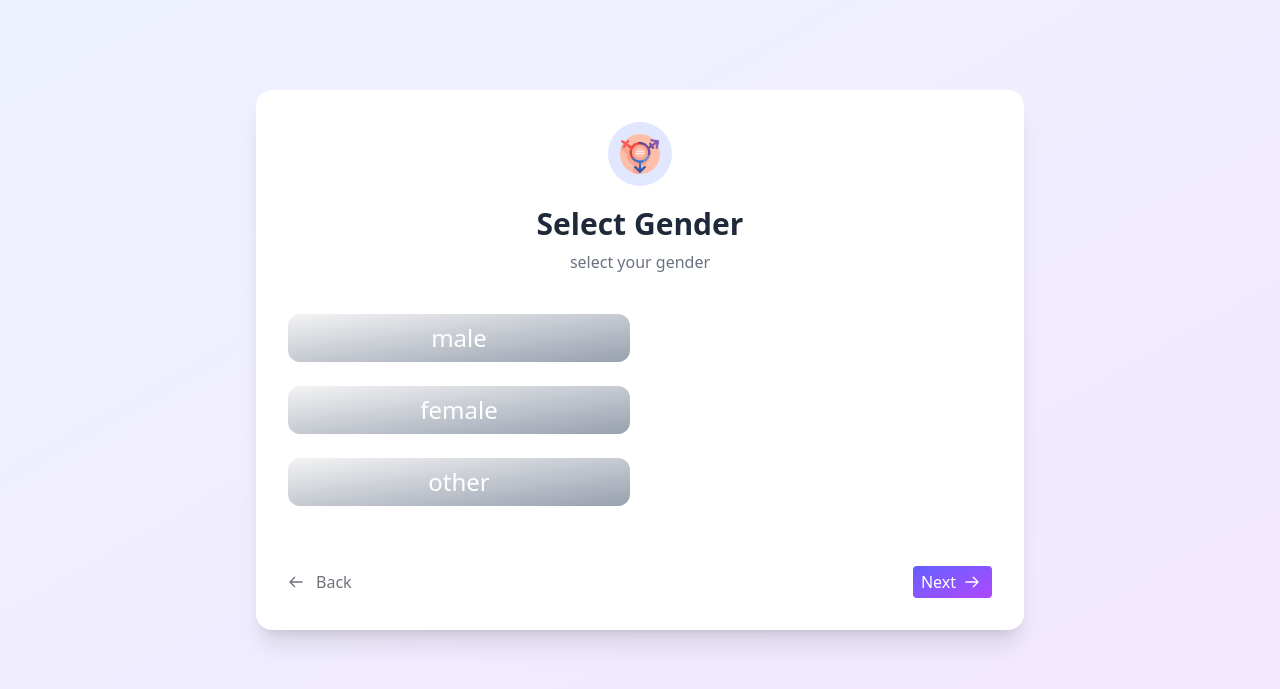
Repository: aryan151pratap/FitPanda
Page: / (app in frontened/), after clicking the first element matching `button.px-2`
These files come from the project's save history. The page is drawn as it stood at one moment and after the next save; the edit follows.
The browser window is 1280 px wide. The pictures show the whole page.
The project was rebuilt for these pictures with package versions that can differ from the ones it lists, and the page was loaded fresh each time. Also part of the build but not shown: frontened/vite.config.js, frontened/src/App.css, frontened/src/components/page_1.jsx, frontened/src/login/login.jsx, frontened/src/login/sign_up.jsx, frontened/src/login/otp.jsx, frontened/src/notification/notify.jsx.

Above is the page before, as saved 2025-06-04 23:59:24.

After the next save:
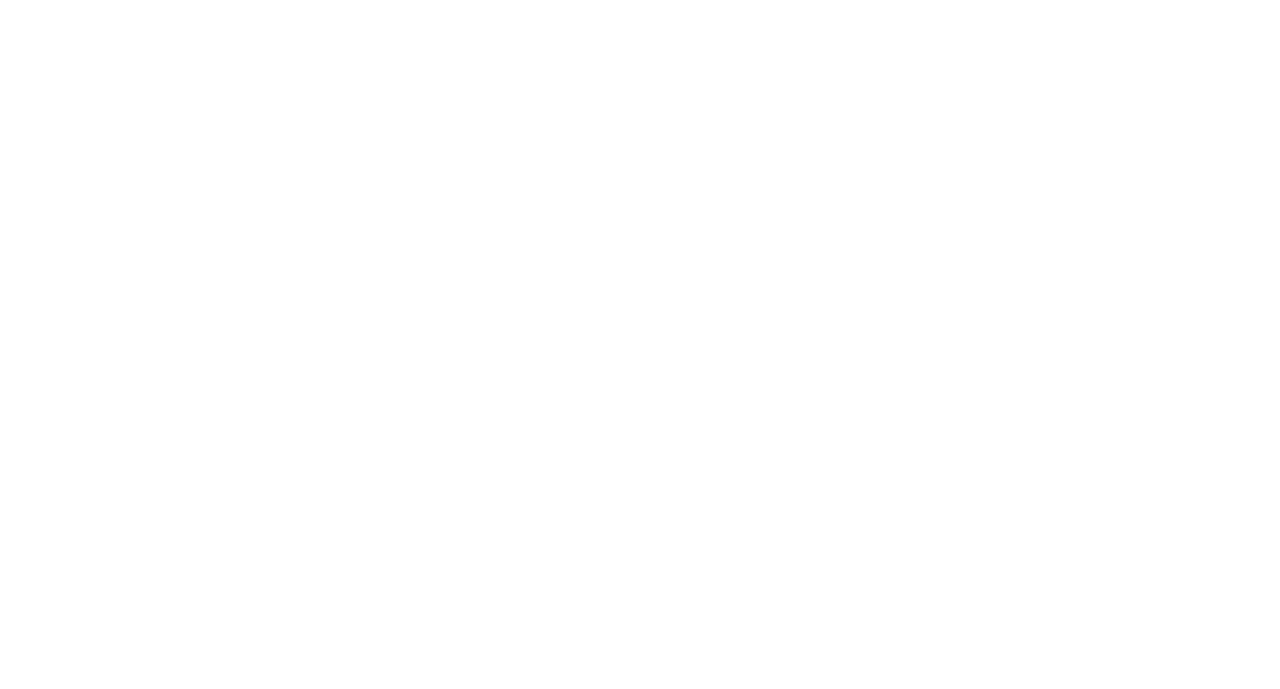
Console error: ReferenceError: handle_save_gender is not defined
Saved 5 min 36 s later.
--- a/frontened/src/about_user/gender.jsx
+++ b/frontened/src/about_user/gender.jsx
@@ -49,7 +49,7 @@
 						<div className="w-fill flex flex-col gap-6 mt-5">
 						{gen.map((i, index) => (
 							<div key={index}>
-								<button className={`w-full p-2 text-white text-2xl rounded-xl bg-gradient-to-br ${gender === i.name ? 'from-indigo-500 to-purple-500' : 'from-zinc-100 to-gray-400'} cursor-pointer transition hover:px-4`}
+								<button className={`w-full p-2 text-white text-2xl rounded-xl bg-gradient-to-br ${gender === i.name ? 'from-indigo-500 to-purple-500 animate-ping' : 'from-zinc-100 to-gray-400'} cursor-pointer transition hover:px-4`}
 								onClick={() => {
 									setGender(i.name);
 									setImage(i.image)
@@ -68,7 +68,9 @@
 					</div>
 
 					<div className="mt-10 flex justify-between">
-						<button className="text-zinc-500 flex items-center gap-2 hover:text-zinc-700 cursor-pointer">
+						<button className="text-zinc-500 flex items-center gap-2 hover:text-zinc-700 cursor-pointer"
+						onClick={handle_save_gender}
+						>
 							<svg xmlns="http://www.w3.org/2000/svg" className="h-4 w-4 mr-1" fill="none" viewBox="0 0 24 24" stroke="currentColor">
 							<path strokeLinecap="round" strokeLinejoin="round" strokeWidth={2} d="M10 19l-7-7m0 0l7-7m-7 7h18" />
 							</svg>

After the 2 saves that followed:
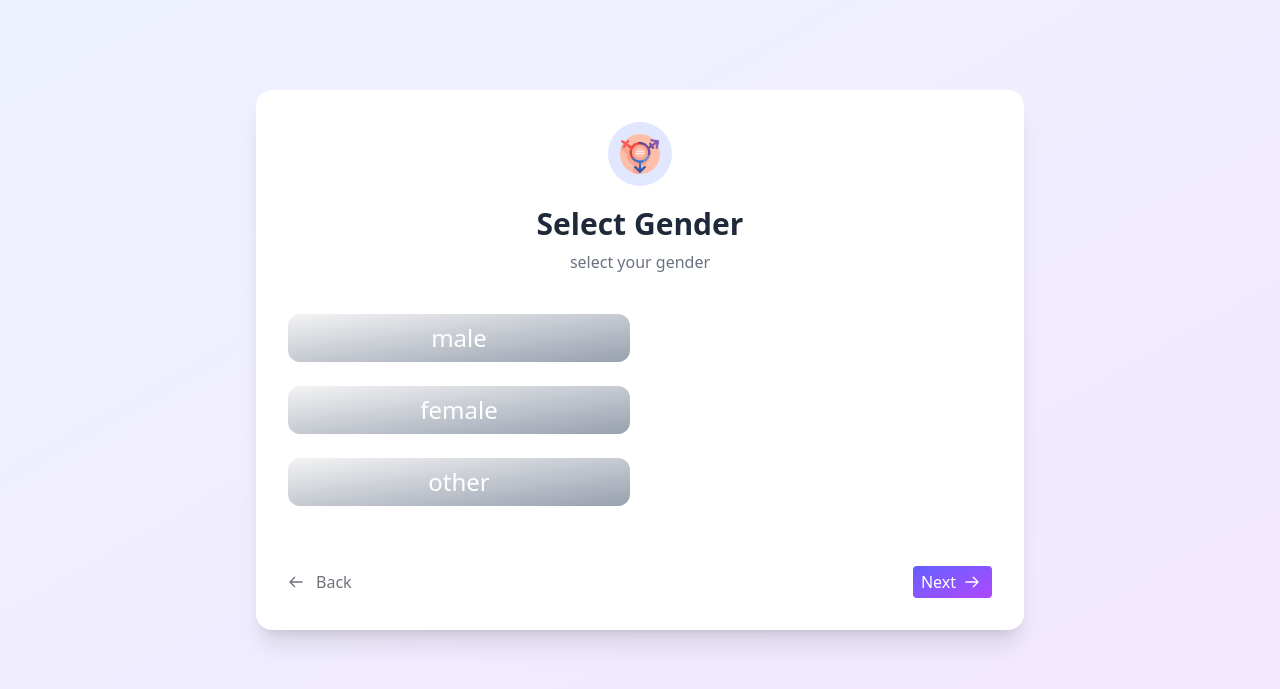
The error is gone.
The 2 saves are shown as one change because 1 left the picture as it was.
The last was saved 103 s later.
--- a/frontened/src/about_user/gender.jsx
+++ b/frontened/src/about_user/gender.jsx
@@ -49,7 +49,7 @@
 						<div className="w-fill flex flex-col gap-6 mt-5">
 						{gen.map((i, index) => (
 							<div key={index}>
-								<button className={`w-full p-2 text-white text-2xl rounded-xl bg-gradient-to-br ${gender === i.name ? 'from-indigo-500 to-purple-500 animate-ping' : 'from-zinc-100 to-gray-400'} cursor-pointer transition hover:px-4`}
+								<button className={`w-full p-2 text-white text-2xl rounded-xl bg-gradient-to-br ${gender === i.name ? 'from-indigo-500 to-purple-500 animate-bounce' : 'from-zinc-100 to-gray-400'} cursor-pointer transition hover:px-4`}
 								onClick={() => {
 									setGender(i.name);
 									setImage(i.image)
@@ -69,7 +69,7 @@
 
 					<div className="mt-10 flex justify-between">
 						<button className="text-zinc-500 flex items-center gap-2 hover:text-zinc-700 cursor-pointer"
-						onClick={handle_save_gender}
+						// onClick={handle_save_gender}
 						>
 							<svg xmlns="http://www.w3.org/2000/svg" className="h-4 w-4 mr-1" fill="none" viewBox="0 0 24 24" stroke="currentColor">
 							<path strokeLinecap="round" strokeLinejoin="round" strokeWidth={2} d="M10 19l-7-7m0 0l7-7m-7 7h18" />
